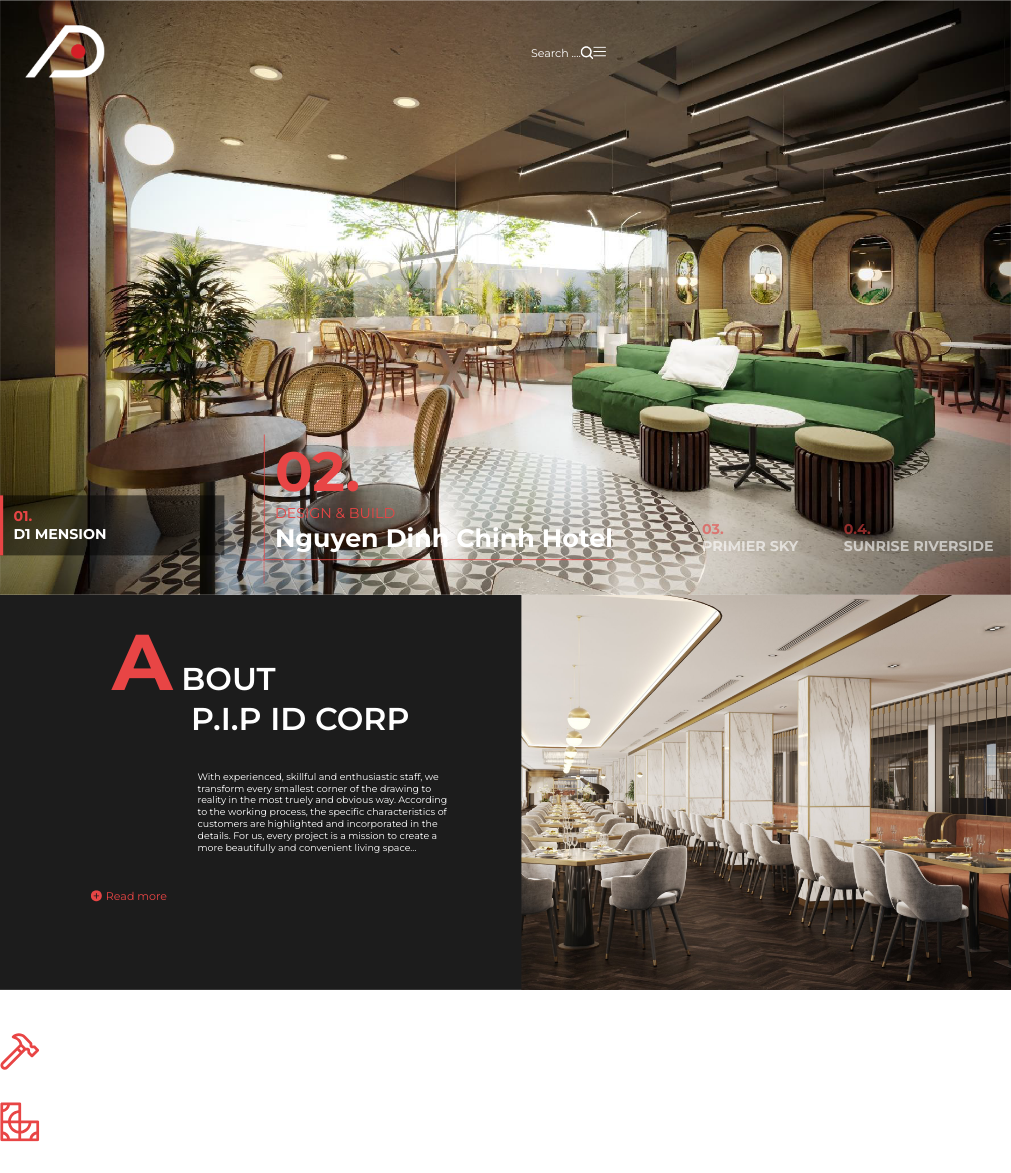
Repository: huudang2840/pipHomePage
Page: index.html
These files come from the project's save history. The page is drawn as it stood at one moment and after a run of saves; the edit follows.
The browser window is 1280 px wide. The pictures show the whole page, at 79% of full size.

Above is the page before, as saved 2023-03-21 14:29:37.

After the next 2 saves:
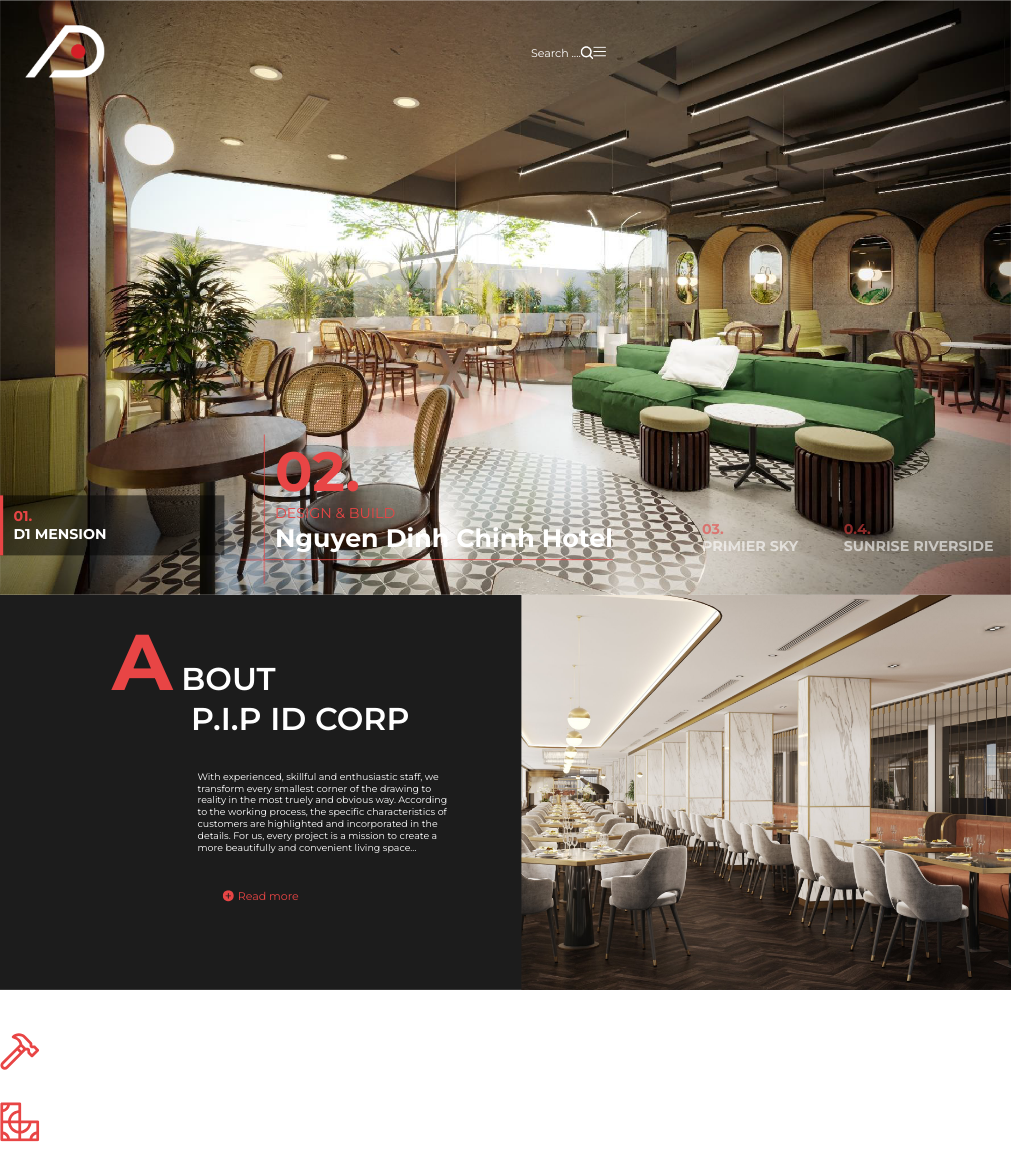
The 2 saves are shown as one change because they came seconds apart.
The last was saved 33 s later.
--- a/style/style.css
+++ b/style/style.css
@@ -193,10 +193,7 @@
   font-size: 12px;
 }
 .read-more {
-  margin-left: 230px;
-
-  display: flex;
-  width: 100%;
+  display: flex;
   margin-top: 45px;
   align-items: center;
 }
